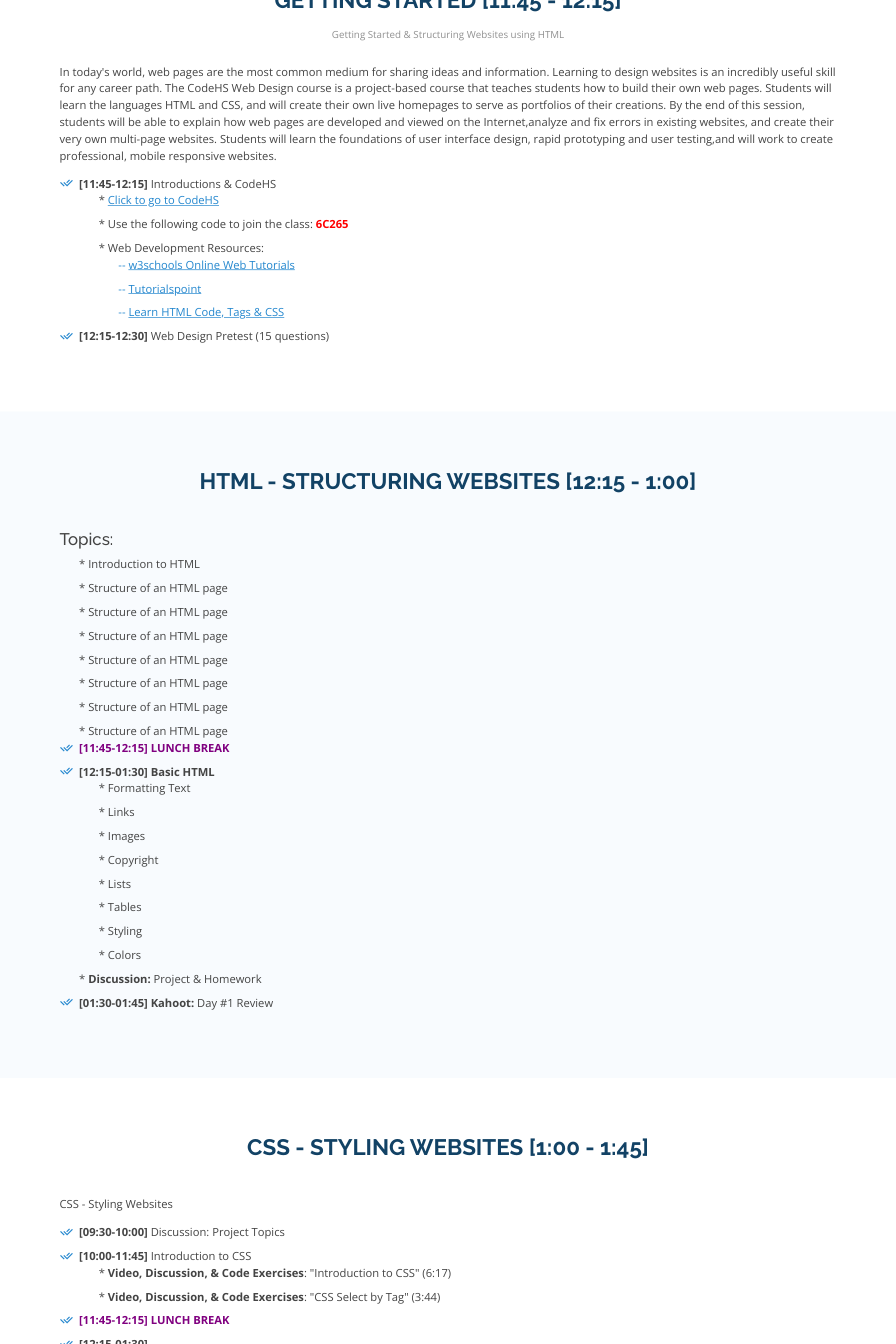
Repository: cchatmon/BMIT-Program
Page: BMIT_OnePage/index.html
The author's editor kept a record of every edit. The page is drawn from the files as they stood at one moment, then again after the next edit.
The browser window is 1280 px wide. The pictures show the part of the page from y = 387 to 2307 px (the page is 4177 px tall), at 70% of full size.
Backgrounds fixed to the window are drawn as part of the page.

Above is the page before.

### BMIT_OnePage/index.html
<!DOCTYPE html>
<html lang="en">

<head>
  <meta charset="utf-8">
  <meta content="width=device-width, initial-scale=1.0" name="viewport">

  <title>FSU BMIT Program</title>
  <meta content="" name="descriptison">
  <meta content="" name="keywords">

  <!-- Favicons -->
  <link href="assets/img/favicon.png" rel="icon">
  <link href="assets/img/apple-touch-icon.png" rel="apple-touch-icon">

  <!-- Google Fonts -->
  <link href="https://fonts.googleapis.com/css?family=Open+Sans:300,300i,400,400i,600,600i,700,700i|Raleway:300,300i,400,400i,500,500i,600,600i,700,700i|Poppins:300,300i,400,400i,500,500i,600,600i,700,700i" rel="stylesheet">

  <!-- Vendor CSS Files -->
  <link href="assets/vendor/bootstrap/css/bootstrap.min.css" rel="stylesheet">
  <link href="assets/vendor/icofont/icofont.min.css" rel="stylesheet">
  <link href="assets/vendor/boxicons/css/boxicons.min.css" rel="stylesheet">
  <link href="assets/vendor/remixicon/remixicon.css" rel="stylesheet">
  <link href="assets/vendor/venobox/venobox.css" rel="stylesheet">
  <link href="assets/vendor/owl.carousel/assets/owl.carousel.min.css" rel="stylesheet">
  <link href="assets/vendor/aos/aos.css" rel="stylesheet">

  <!-- Template Main CSS File -->
  <link href="assets/css/style.css" rel="stylesheet">

  <!-- =======================================================
  * Template Name: OnePage - v2.0.0
  * Template URL: https://bootstrapmade.com/onepage-multipurpose-bootstrap-template/
  * Author: BootstrapMade.com
  * License: https://bootstrapmade.com/license/
  ======================================================== -->
</head>

<body>

  <!-- ======= Header ======= -->
  <header id="header" class="fixed-top">
    <div class="container d-flex align-items-center">

      <h1 class="logo mr-auto"><a href="index.html">FSU BMIT Program</a></h1>
      <!-- Uncomment below if you prefer to use an image logo -->
      <!-- <a href="index.html" class="logo mr-auto"><img src="assets/img/logo.png" alt="" class="img-fluid"></a>-->

      <nav class="nav-menu d-none d-lg-block">
        <ul>
          <li><a href="#getStarted">Getting Started</a></li>
          <li><a href="#htmlStructure">HTML - Structuring Websites</a></li>
          <li><a href="#cssStyling">CSS - Styling Websites</a></li>
          <li><a href="#advanceHTML">Advance HTML & CSS</a></li>
          <li><a href="#userInterface">Designing User Interfaces</a></li>
          <li><a href="#finalProject">Final Project</a></li>
        </ul>
      </nav><!-- .nav-menu -->
    </div>
  </header><!-- End Header -->

  <!-- ======= Hero Section ======= -->
  <section id="hero" class="d-flex align-items-center">
    <div class="container position-relative" data-aos="fade-up" data-aos-delay="100">
      <div class="row justify-content-center">
        <div class="col-xl-7 col-lg-9 text-center">
          <h1>BMIT Web Design Training</h1>
          <h2>Instructor:  Christy Chatmon</h2>
        </div>
      </div>
      </div>
  </section><!-- End Hero -->

  <main id="main">

    <!-- ======= Get Started ======= -->
    <section id="getStarted" class="about">
      <div class="container" data-aos="fade-up">

        <div class="section-title">
          <h2>Getting Started [11:45 - 12:15]</h2>
          <p>Getting Started & Structuring Websites using HTML </p>
        </div>

        <div class="row content">
          <div class="col-lg-12">
            <p>In today's world, web pages are the most common medium for sharing ideas and information.  Learning to design websites is an incredibly useful skill for any career path. The CodeHS Web Design course is a project-based course that teaches students how to build their own web pages. Students will learn the languages HTML and CSS, and will create their own live homepages to serve as portfolios of their creations. By the end of this session, students will be able to explain how web pages are developed and viewed on the Internet,analyze and fix errors in existing websites, and create their very own multi-page websites.  Students will learn the foundations of user interface design, rapid prototyping and user testing,and will work to create professional, mobile responsive websites.
            </p>
            <ul>
              <li><i class="ri-check-double-line"></i><b>[11:45-12:15]</b> Introductions & CodeHS
                  <ul>
                    <li>* <a href="https://codehs.com/go/6C265"><u>Click to go to CodeHS</u></a></li>
                    <li>* Use the following code to join the class:  <b style="color:red;">6C265</b></li>
                    <li>* Web Development Resources:
                          <ul>
                            <li><a href="https://www.w3schools.com/">-- <u>w3schools Online Web Tutorials</u></a></li>
                            <li><a href="https://www.tutorialspoint.com/html/index.htm">-- <u>Tutorialspoint</u></a></li>
                            <li><a href="https://html.com/">-- <u>Learn HTML Code, Tags & CSS</u></a></li>
                          </ul>
                    </li>
                  </ul>
              </li>

              <li><i class="ri-check-double-line"></i><b>[12:15-12:30]</b> Web Design Pretest (15 questions)</li>


            </ul>
          </div>
        </div>
      </div>
    </section>    <!-- =======END Get Started ======= -->


    <!-- ======= HTML Structure ======= -->
    <section id="htmlStructure" class="services section-bg">
      <div class="container" data-aos="fade-up">

        <div class="section-title">
          <h2>HTML - Structuring Websites [12:15 - 1:00]</h2>
        </div>


        <div class="row content">
          <div class="col-lg-12">

            <h4>Topics:</h4>
            <ul>
                  <ul>
                    <li>* Introduction to HTML </li>
                    <li>* Structure of an HTML page </li>
                    <li>* Structure of an HTML page </li>
                    <li>* Structure of an HTML page </li>
                    <li>* Structure of an HTML page </li>
                    <li>* Structure of an HTML page </li>
                    <li>* Structure of an HTML page </li>
                    <li>* Structure of an HTML page </li>
                  </ul>
                </li>
                <li><i class="ri-check-double-line"></i><b style="color:purple;">[11:45-12:15]  LUNCH BREAK </b>
                </li>
                <li><i class="ri-check-double-line"></i><b>[12:15-01:30]  Basic HTML</b>
                    <ul>
                        <li>* Formatting Text</li>
                        <li>* Links</li>
                        <li>* Images</li>
                        <li>* Copyright</li>
                        <li>* Lists</li>
                        <li>* Tables</li>
                        <li>* Styling</li>
                        <li>* Colors</li>
                      </ul>
                </li>
                <li>* <b>Discussion:</b>  Project & Homework </li>
                <li><i class="ri-check-double-line"></i><b>[01:30-01:45]  Kahoot:</b>  Day #1 Review
              </li>

            </ul>
          </div>
        </div>
      </div>
    </section>    <!-- ======= END HTML Structure ======= -->

    <!-- ======= CSS Styling ======= -->
    <section id="cssStyling" class="portfolio">
      <div class="container" data-aos="fade-up">

        <div class="section-title">
          <h2>CSS - Styling Websites [1:00 - 1:45]</h2>
        </div>


        <div class="row content">
          <div class="col-lg-12">
            <p>CSS - Styling Websites
            </p>
            <ul>
              <li><i class="ri-check-double-line"></i><b>[09:30-10:00]</b> Discussion:  Project Topics</li>

              <li><i class="ri-check-double-line"></i><b>[10:00-11:45]</b> Introduction to CSS
                  <ul>
                    <li>* <b>Video, Discussion, & Code Exercises</b>: "Introduction to CSS" (6:17) </li>
                    <li>* <b>Video, Discussion, & Code Exercises</b>:  "CSS Select by Tag" (3:44) </li>
                  </ul>
                </li>
                <li><i class="ri-check-double-line"></i><b style="color:purple;">[11:45-12:15]  LUNCH BREAK </b>
                </li>
                <li><i class="ri-check-double-line"></i><b>[12:15-01:30]</b>
                <ul>
                    <li>* <b>Video, Discussion, & Code Exercises</b>:  "CSS Select by Class" (10:47) </li>
                    <li>* <b>Video, Discussion, & Code Exercises</b>: "CSS Select by ID" (5:52) </li>
                    <li>* <b>Discussion:</b>  Project & Homework </li>
                  </ul>
              </li>
                <li><i class="ri-check-double-line"></i><b>[01:30-01:45]  Kahoot:</b>   Day #2 Review
              </li>

            </ul>
          </div>
        </div>
      </div>
    </section>    <!-- ======= END CSS Styling ======= -->

    <!-- ======= Advance HTML & CSS ======= -->
    <section id="advanceHTML" class="team section-bg">
      <div class="container" data-aos="fade-up">

        <div class="section-title">
          <h2>Advanced HTML & CSS [1:45 - 2:15]</h2>
        </div>


        <div class="row content">
          <div class="col-lg-12">
            <p>Project Details & Bootstrap
            </p>
            <ul>
               <li><i class="ri-check-double-line"></i><b>[09:30-09:45]</b> Web Design Posttest</li>

              <li><i class="ri-check-double-line"></i><b>[09:45-11:45]</b> Revise & Test Final Projects (Help Session)
                </li>
                <li><i class="ri-check-double-line"></i><b style="color:purple;">[11:45-12:15]  LUNCH BREAK </b>
                </li>
                <li><i class="ri-check-double-line"></i><b>[12:15-01:30]</b>
                <ul>
                    <li>*  <b>Shark Tank Event:</b>  Project Presentations  </li>

                    <li>*  <b>Final Projects:  </b>Awards & Recognition  </li>
                  </ul>
              </li>
                <li><i class="ri-check-double-line"></i><b>[01:30-01:45]  Kahoot:</b>  Day #4 Review
              </li>

            </ul>
          </div>
        </div>
      </div>
    </section>    <!-- ======= END Advance HTML & CSS ======= -->

        <!-- ======= Designing User Interfaces ======= -->
    <section id="userInterface" class="about">
      <div class="container" data-aos="fade-up">

        <div class="section-title">
          <h2>Designing User Interfaces (Optional)</h2>
        </div>


        <div class="row content">
          <div class="col-lg-12">
            <p>Project Details & Bootstrap
            </p>
            <ul>
               <li><i class="ri-check-double-line"></i><b>[09:30-09:45]</b> Web Design Posttest</li>

              <li><i class="ri-check-double-line"></i><b>[09:45-11:45]</b> Revise & Test Final Projects (Help Session)
                </li>
                <li><i class="ri-check-double-line"></i><b style="color:purple;">[11:45-12:15]  LUNCH BREAK </b>
                </li>
                <li><i class="ri-check-double-line"></i><b>[12:15-01:30]</b>
                <ul>
                    <li>*  <b>Shark Tank Event:</b>  Project Presentations  </li>

                    <li>*  <b>Final Projects:  </b>Awards & Recognition  </li>
                  </ul>
              </li>
                <li><i class="ri-check-double-line"></i><b>[01:30-01:45]  Kahoot:</b>  Day #4 Review
              </li>

            </ul>
          </div>
        </div>
      </div>
    </section><!-- ======= END Designing User Interfaces ======= -->

    <!-- ======= Final Project ======= -->
    <section id="finalProject" class="team section-bg">
      <div class="container" data-aos="fade-up">

        <div class="section-title">
          <h2>Final Project [2:15 - 2:30]</h2>
        </div>


        <div class="row content">
          <div class="col-lg-12">
            <p>Project Details & Bootstrap
            </p>
            <ul>
               <li><i class="ri-check-double-line"></i><b>[09:30-09:45]</b> Web Design Posttest</li>

              <li><i class="ri-check-double-line"></i><b>[09:45-11:45]</b> Revise & Test Final Projects (Help Session)
                </li>
                <li><i class="ri-check-double-line"></i><b style="color:purple;">[11:45-12:15]  LUNCH BREAK </b>
                </li>
                <li><i class="ri-check-double-line"></i><b>[12:15-01:30]</b>
                <ul>
                    <li>*  <b>Shark Tank Event:</b>  Project Presentations  </li>

                    <li>*  <b>Final Projects:  </b>Awards & Recognition  </li>
                  </ul>
              </li>
                <li><i class="ri-check-double-line"></i><b>[01:30-01:45]  Kahoot:</b>  Day #4 Review
              </li>

            </ul>
          </div>
        </div>
      </div>
    </section> <!-- ======= END Final Project ======= -->


  </main><!-- End #main -->

  <!-- ======= Footer ======= -->
  <footer id="footer">

    <div class="container d-md-flex py-4">

      <div class="mr-md-auto text-center text-md-left">
        <div class="copyright">
          &copy; Copyright <strong><span>FSU BMIT Program 2022</span></strong>. All Rights Reserved
        </div>

  </footer><!-- End Footer -->

  <a href="#" class="back-to-top"><i class="ri-arrow-up-line"></i></a>
  <div id="preloader"></div>

  <!-- Vendor JS Files -->
  <script src="assets/vendor/jquery/jquery.min.js"></script>
  <script src="assets/vendor/bootstrap/js/bootstrap.bundle.min.js"></script>
  <script src="assets/vendor/jquery.easing/jquery.easing.min.js"></script>
  <script src="assets/vendor/php-email-form/validate.js"></script>
  <script src="assets/vendor/waypoints/jquery.waypoints.min.js"></script>
  <script src="assets/vendor/counterup/counterup.min.js"></script>
  <script src="assets/vendor/venobox/venobox.min.js"></script>
  <script src="assets/vendor/owl.carousel/owl.carousel.min.js"></script>
  <script src="assets/vendor/isotope-layout/isotope.pkgd.min.js"></script>
  <script src="assets/vendor/aos/aos.js"></script>

  <!-- Template Main JS File -->
  <script src="assets/js/main.js"></script>

</body>

</html>

Loaded but not shown: BMIT_OnePage/assets/vendor/bootstrap/css/bootstrap.min.css (library); BMIT_OnePage/assets/vendor/icofont/icofont.min.css (library); BMIT_OnePage/assets/vendor/boxicons/css/boxicons.min.css (library); BMIT_OnePage/assets/vendor/remixicon/remixicon.css (library); BMIT_OnePage/assets/vendor/venobox/venobox.css (library); BMIT_OnePage/assets/vendor/owl.carousel/assets/owl.carousel.min.css (library); BMIT_OnePage/assets/vendor/aos/aos.css (library); BMIT_OnePage/assets/vendor/jquery/jquery.min.js (library); BMIT_OnePage/assets/vendor/bootstrap/js/bootstrap.bundle.min.js (library); BMIT_OnePage/assets/vendor/jquery.easing/jquery.easing.min.js (common file); BMIT_OnePage/assets/vendor/php-email-form/validate.js (library); BMIT_OnePage/assets/vendor/waypoints/jquery.waypoints.min.js (library); BMIT_OnePage/assets/vendor/counterup/counterup.min.js (common file); BMIT_OnePage/assets/vendor/venobox/venobox.min.js (library); BMIT_OnePage/assets/vendor/owl.carousel/owl.carousel.min.js (library); BMIT_OnePage/assets/vendor/isotope-layout/isotope.pkgd.min.js (library); BMIT_OnePage/assets/vendor/aos/aos.js (library); BMIT_OnePage/assets/js/main.js (207 lines, source omitted); BMIT_OnePage/assets/css/style.css (2029 lines, source omitted)

After the next edit:
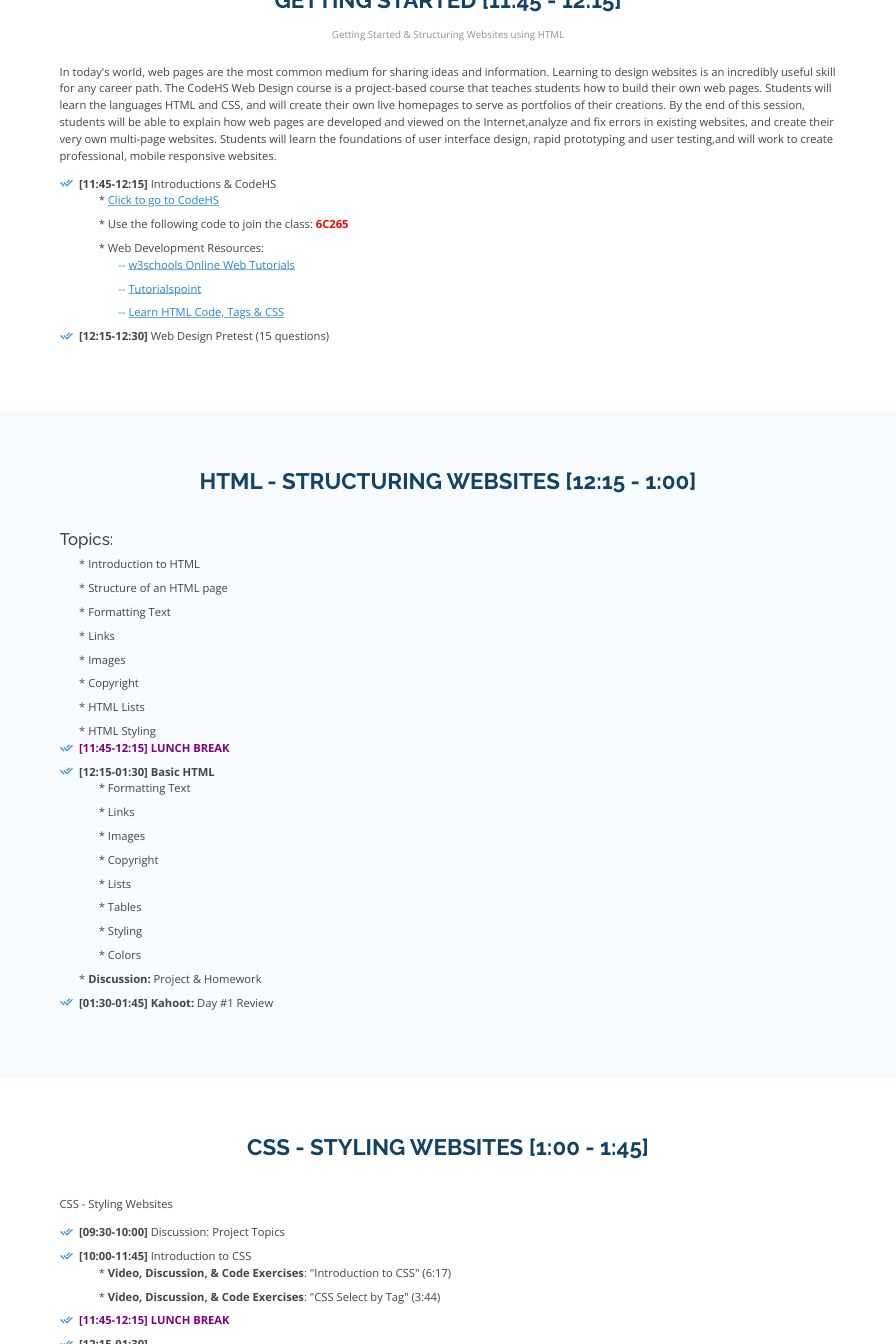
The edit:
--- a/BMIT_OnePage/index.html
+++ b/BMIT_OnePage/index.html
@@ -128,12 +128,12 @@
                   <ul>
                     <li>* Introduction to HTML </li>
                     <li>* Structure of an HTML page </li>
-                    <li>* Structure of an HTML page </li>
-                    <li>* Structure of an HTML page </li>
-                    <li>* Structure of an HTML page </li>
-                    <li>* Structure of an HTML page </li>
-                    <li>* Structure of an HTML page </li>
-                    <li>* Structure of an HTML page </li>
+                    <li>* Formatting Text </li>
+                    <li>* Links </li>
+                    <li>* Images </li>
+                    <li>* Copyright </li>
+                    <li>* HTML Lists </li>
+                    <li>* HTML Styling </li>
                   </ul>
                 </li>
                 <li><i class="ri-check-double-line"></i><b style="color:purple;">[11:45-12:15]  LUNCH BREAK </b>
